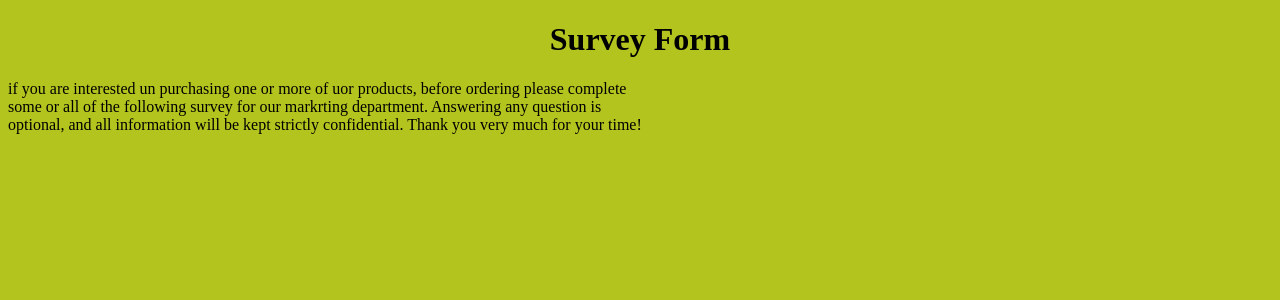
Repository: PhamChiXuan1/HTCNW_tuan3_DHCNTT16C_PhamChiXuan_20030131
Page: bt17.html
These files come from the project's save history. The page is drawn as it stood at one moment and after the next save; the edit follows.
The browser window is 1280 px wide. The pictures show the whole page.

Above is the page before, as saved 2022-02-27 21:54:23.

After the next save:
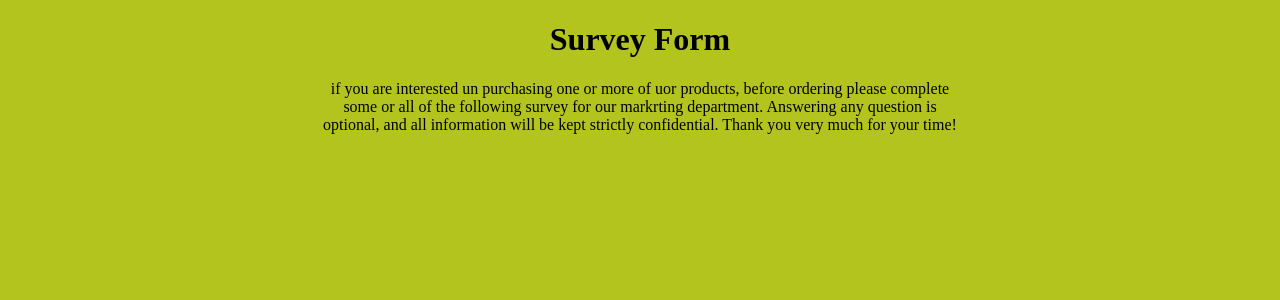
Saved 34 s later.
--- a/bt17.html
+++ b/bt17.html
@@ -7,8 +7,10 @@
     <title>Document</title>
 </head>
 <body style="background-color: rgb(179, 196, 31);">
-    <center><H1>Survey Form</H1></center>
-    <P>if you are interested un purchasing one or more of uor products, before ordering please complete <br>some or all of the following survey for our markrting department. Answering any question is <br>optional, and all information will be kept strictly confidential. Thank you very much for your time!</P>
+    <center><H1>Survey Form</H1>
+        <P>if you are interested un purchasing one or more of uor products, before ordering please complete <br>some or all of the following survey for our markrting department. Answering any question is <br>optional, and all information will be kept strictly confidential. Thank you very much for your time!</P>
+
+    </center>
 
 </body>
 </html>
